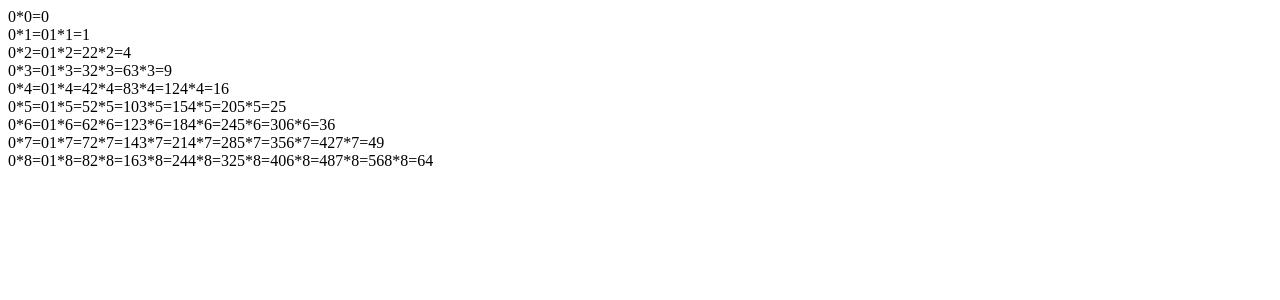
Repository: pengyuguan1984/JavaScriptPractice
Page: For-Exec02.html
These files come from the project's save history. The page is drawn as it stood at one moment and after the next save; the edit follows.
The browser window is 1280 px wide. The pictures show the whole page.

Above is the page before, as saved 2020-10-07 16:24:38.

### For-Exec02.html
<!DOCTYPE html>
<html lang="en">
<head>
    <meta charset="UTF-8">
    <meta name="viewport" content="width=device-width, initial-scale=1.0">
    <title>For-Exec02</title>
    <script>
        /*打印99乘法表
        1*1=1
        1*2=2 2*2=4
        1*3=3 2*3=6 3*3=9
        1*4=4 2*4=8 3*4=12 4*4=16
        */

    //    for(var i=0;i<9;i++){

    //        for(j=1;j<=i+1;j++){
    //            var m=i+1;
    //            var c=j*m;

    //            document.write(j+'*'+m+'='+c+',')
    //        }
    //        document.write('<br />')
    //    }
    for(var i=0; i<9; i++){
        for(j=0;j<i+1;j++){
            document.write(j+'*'+i+'='+j*i)
        }
       document.write('<br />')
    }
    </script>
</head>
<body>

</body>
</html>

After the next save:
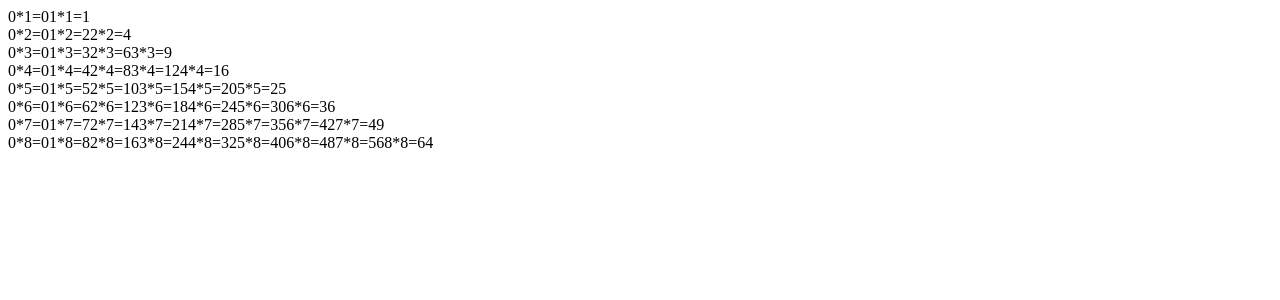
Saved 37 s later.
--- a/For-Exec02.html
+++ b/For-Exec02.html
@@ -22,7 +22,7 @@
     //        }
     //        document.write('<br />')
     //    }
-    for(var i=0; i<9; i++){
+    for(var i=1; i<9; i++){
         for(j=0;j<i+1;j++){
             document.write(j+'*'+i+'='+j*i)
         }
